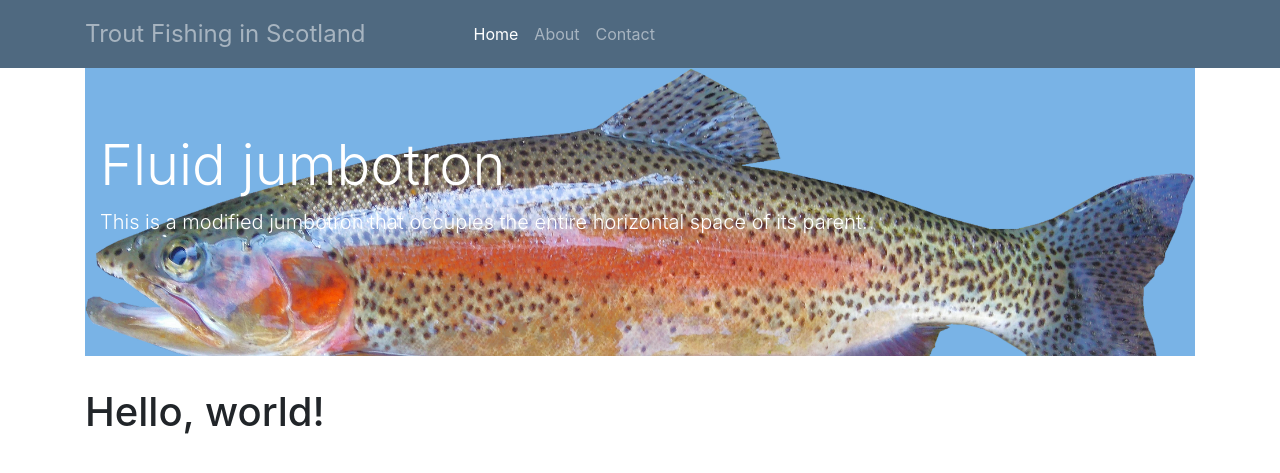
Repository: adrian9211/College_project
Page: index.html
An editor plug-in stored every save of this project. The page is shown before and after the next save, followed by the edit.
The browser window is 1280 px wide. The pictures show the whole page.

Above is the page before, as saved 2020-10-28 14:10:07.

### index.html
<!doctype html>
<html lang="en">
  <head>
    <!-- Required meta tags -->
    <meta charset="utf-8">
    <meta name="viewport" content="width=device-width, initial-scale=1, shrink-to-fit=no">

    <!-- Bootstrap CSS -->
    <link rel="stylesheet" href="https://cdn.jsdelivr.net/npm/bootstrap@4.5.3/dist/css/bootstrap.min.css" integrity="sha384-TX8t27EcRE3e/ihU7zmQxVncDAy5uIKz4rEkgIXeMed4M0jlfIDPvg6uqKI2xXr2" crossorigin="anonymous">
    <link rel="stylesheet" href="css/style.css">

    <title>Trout fishing in Scotland</title>
  </head>
  <body>
      <!-- Navigation  bar start -->
    <nav class="navbar navbar-expand-md navbar-dark sticky-top" role="navigation" id="navbar2" style="background-color: #4F6980;">
        <div class="container">
          <a href="index.html"><span class="navbar-text">Trout Fishing in Scotland</span></a>
          <button class="navbar-toggler" data-toggle="collapse" data-target="#collapse_target">
            <span class="navbar-toggler-icon"></span>
          </button>
          <div class="collapse navbar-collapse" id="collapse_target">
          <ul class="navbar-nav " >
            <li class="nav-item active">
              <a class="nav-link " href="index.html">Home </a>
            </li>
            <li class="nav-item ">
              <a class="nav-link " href="about.html">About</a>
            </li>
            <li class="nav-item ">
              <a class="nav-link " href="contact.html">Contact</a>
            </li>
          </ul>
        </div>
        </div>
      </nav>
      <!-- Navigation  bar end -->
      <div class="container">
        <div class="jumbotron jumbotron-fluid">
            <div class="container alt">
              <h1 class="display-4">Fluid jumbotron</h1>
              <p class="lead">This is a modified jumbotron that occupies the entire horizontal space of its parent.</p>
            </div>
        </div>
          <main>

          </main>
        <h1>Hello, world!</h1>

        </div>
    <!-- Scripts for bootstrap -->
    <script src="https://code.jquery.com/jquery-3.5.1.slim.min.js" integrity="sha384-DfXdz2htPH0lsSSs5nCTpuj/zy4C+OGpamoFVy38MVBnE+IbbVYUew+OrCXaRkfj" crossorigin="anonymous"></script>
    <script src="https://cdn.jsdelivr.net/npm/bootstrap@4.5.3/dist/js/bootstrap.bundle.min.js" integrity="sha384-ho+j7jyWK8fNQe+A12Hb8AhRq26LrZ/JpcUGGOn+Y7RsweNrtN/tE3MoK7ZeZDyx" crossorigin="anonymous"></script>
  </body>
</html>

### css/style.css
.jumbotron {
    background-image: url("../img/trout.png");
    background-color: #79b3e6;
    background-size: cover;
    height: 40vh;
}

.alt h1, p {
    color: #fff;
}

.navbar-text {
    font-size: 1.5rem;
    padding-right: 100px;
}

After the next save:
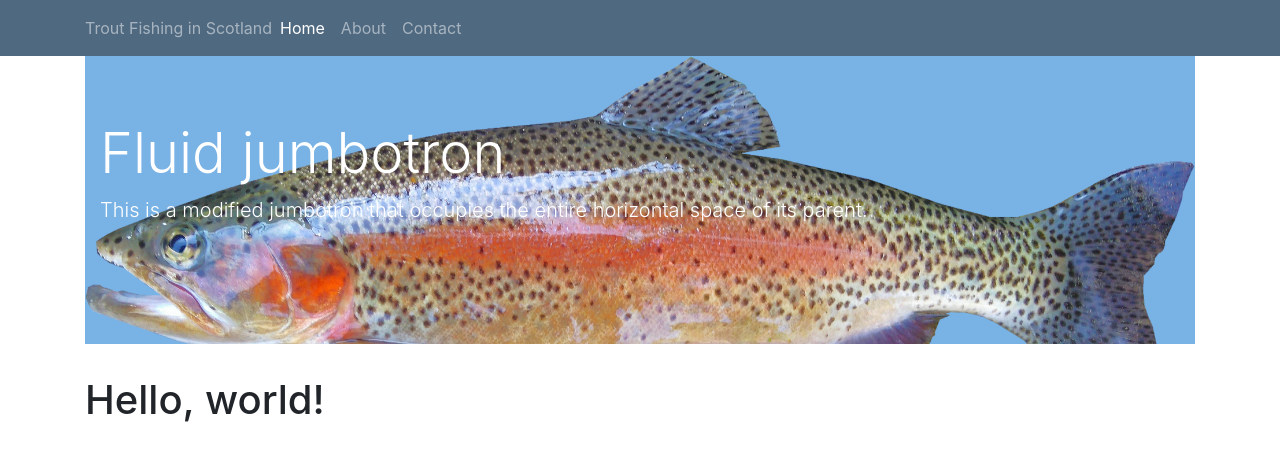
Saved 6 s later.
--- a/css/style.css
+++ b/css/style.css
@@ -9,7 +9,7 @@
     color: #fff;
 }
 
-.navbar-text {
+.navbar-text a {
     font-size: 1.5rem;
     padding-right: 100px;
 }

After the 4 saves that followed:
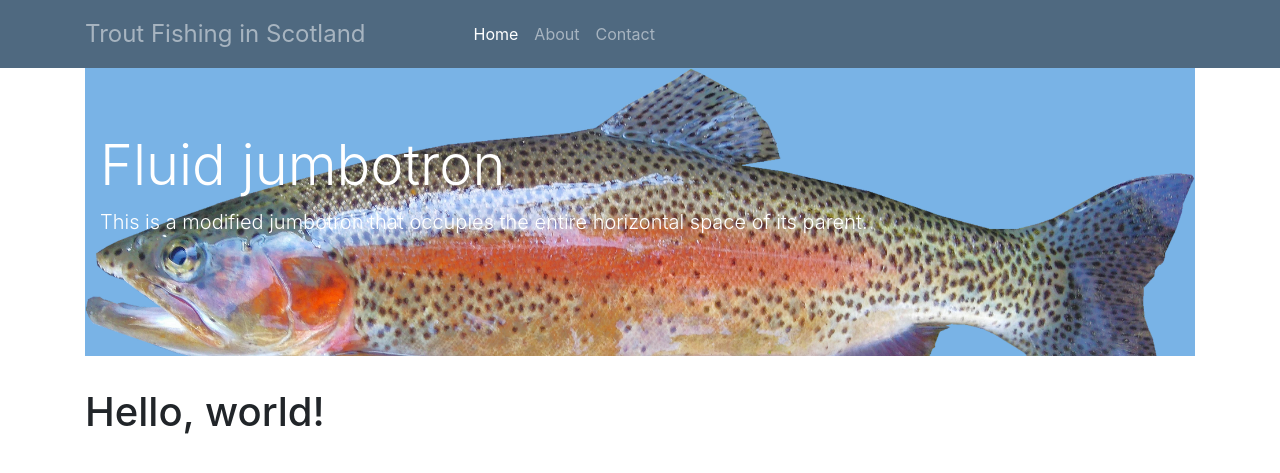
The 4 saves are shown as one change because 1 left the picture as it was and some came seconds apart.
The last was saved 61 s later.
--- a/css/style.css
+++ b/css/style.css
@@ -9,7 +9,8 @@
     color: #fff;
 }
 
-.navbar-text a {
+.navbar-text {
+    color: #fff;
     font-size: 1.5rem;
     padding-right: 100px;
 }
